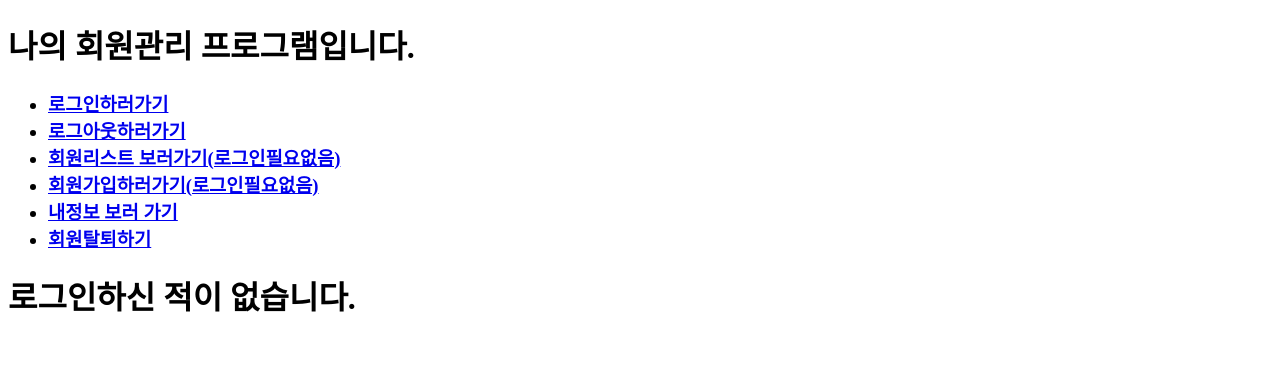
Repository: H2Sol3/sba
Page: http://localhost/second/WEB-INF/views/mybatis/start.jsp
The author's editor kept a copy of each file at every save. The page is drawn from the files as they stood at one save, then again after the next save.
The browser window is 1280 px wide. The pictures show the whole page.
The page is served by Tomcat 10. Nobody is signed in. Other server files are loaded and not shown. The template is opened directly, without the code that normally fills it, so the values that code supplies are empty.

Above is the page before, as saved 2023-01-20 04:33:25.

### second/src/main/webapp/WEB-INF/views/mybatis/start.jsp
<%@ page language="java" contentType="text/html; charset=UTF-8"
    pageEncoding="UTF-8"%>
<!DOCTYPE html>
<html>
<head>
<meta charset="UTF-8">
<title>Insert title here</title>
</head>
<body>
<h1>나의 회원관리 프로그램입니다.</h1>

<h3>
	<ul>
		<li><a href="<%=request.getContextPath() %>/login">로그인하러가기</a></li>
		<li><a href="<%=request.getContextPath() %>/logout">로그아웃하러가기</a></li>
		<li><a href="<%=request.getContextPath() %>/mybatismemberlist">회원리스트 보러가기(로그인필요없음)</a></li>
		<li><a href="<%=request.getContextPath() %>/memberinsert">회원가입하러가기(로그인필요없음)</a></li>
		<li><a href="<%=request.getContextPath() %>/memberinform">내정보 보러 가기</a></li>
		<li><a href="<%=request.getContextPath() %>/memberdelete">회원탈퇴하기</a></li>
	</ul>
</h3>

<% if(session.getAttribute("loginid") != null){
	out.println("<h1>"+session.getAttribute("loginid")+"회원님 환영합니다.</h1>");
}else{
	out.println("<h1>로그인하신 적이 없습니다.</h1>");
}
%>
<h1>${!empty updateresult?updateresult:""}</h1>
</body>
</html>

After the next save:
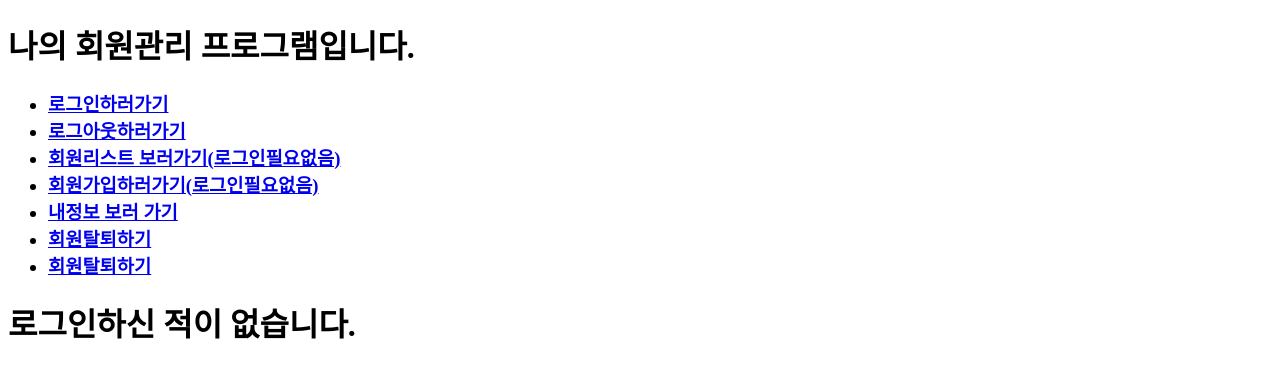
Saved 31 s later.
--- a/second/src/main/webapp/WEB-INF/views/mybatis/start.jsp
+++ b/second/src/main/webapp/WEB-INF/views/mybatis/start.jsp
@@ -17,6 +17,7 @@
 		<li><a href="<%=request.getContextPath() %>/memberinsert">회원가입하러가기(로그인필요없음)</a></li>
 		<li><a href="<%=request.getContextPath() %>/memberinform">내정보 보러 가기</a></li>
 		<li><a href="<%=request.getContextPath() %>/memberdelete">회원탈퇴하기</a></li>
+		<li><a href="<%=request.getContextPath() %>/memberdelete">회원탈퇴하기</a></li>
 	</ul>
 </h3>
 
